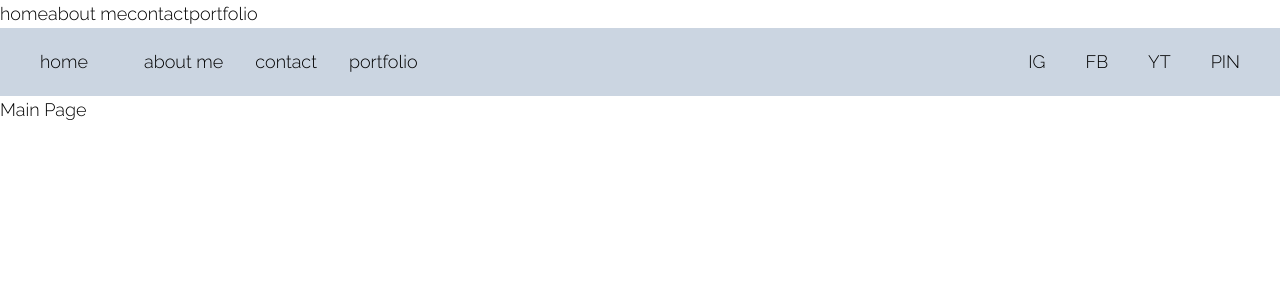
Repository: hubertrh/klaudia-personal-next
Page: /
These files come from the project's save history. The page is drawn as it stood at one moment and after the next save; the edit follows.
The browser window is 1280 px wide. The pictures show the whole page.
The project was rebuilt for these pictures with package versions that can differ from the ones it lists, and the page was loaded fresh each time. The framework's server and built-in components were replaced by stand-ins that run in the browser. Also part of the build but not shown: next.config.js.

Above is the page before, as saved 2023-08-11 13:42:20.

### app/layout.tsx
import './globals.css';
import type { Metadata } from 'next';
import { Inter } from 'next/font/google';
import Link from 'next/link';

const inter = Inter({ subsets: ['latin'] });

export const metadata: Metadata = {
  title: 'Klaudia Rogala-Haracz',
  description: 'Portrait and reportage photography. Based in London.',
};

export default function RootLayout({
  children,
}: {
  children: React.ReactNode;
}) {
  return (
    <html lang="en">
      <body className={inter.className}>
        <header>
          <nav>
            <Link href="#!">home</Link>
            <Link href="#!">about me</Link>
            <Link href="#!">contact</Link>
            <Link href="#!">portfolio</Link>
          </nav>
          <div></div>
        </header>
        {children}
      </body>
    </html>
  );
}

### app/(site)/layout.tsx
import '../globals.css';
import type { Metadata } from 'next';
import { Raleway } from 'next/font/google';
import Link from 'next/link';

const raleway = Raleway({ weight: '300', subsets: ['latin'] });

export const metadata: Metadata = {
  title: 'Klaudia Rogala-Haracz',
  description: 'Portrait and reportage photography. Based in London.',
};

export default function RootLayout({
  children,
}: {
  children: React.ReactNode;
}) {
  return (
    <html lang="en">
      <body className={`${raleway.className} text-lg`}>
        <header className="flex justify-between bg-slate-300 px-10 py-5">
          <nav>
            <Link className="nav-link !pr-14" href="#!">
              home
            </Link>
            <Link className="nav-link" href="#!">
              about me
            </Link>
            <Link className="nav-link" href="#!">
              contact
            </Link>
            <Link className="nav-link" href="/portfolio">
              portfolio
            </Link>
          </nav>
          <div>
            <Link
              className="social-icon"
              href="https://www.instagram.com/_klaudiarogala/"
            >
              IG
            </Link>
            <Link
              className="social-icon"
              href="https://www.facebook.com/klaudiarogalaphotographer/"
            >
              FB
            </Link>
            <Link
              className="social-icon"
              href="https://www.youtube.com/channel/UCyVfMWp16X_wYCG9213YOQw/"
            >
              YT
            </Link>
            <Link
              className="social-icon"
              href="https://www.pinterest.com/zuzannnnaa/"
            >
              PIN
            </Link>
            {/* <a class="lang-btn" href="/pl/index.html"><img src="/icons/flag-pl.svg" /></a> */}
          </div>
        </header>
        {children}
      </body>
    </html>
  );
}

### app/(site)/page.tsx
export default function Home() {
  return <div>Main Page</div>;
}

### app/globals.css
@tailwind base;
@tailwind components;
@tailwind utilities;

:root {
  --foreground-rgb: 0, 0, 0;
  --background-rgb: 255, 255, 255;
}

body {
  color: rgb(var(--foreground-rgb));
  background: rgb(var(--background-end-rgb));
}

.nav-link {
  @apply pr-8;
}

.social-icon {
  @apply pl-10;
}

Loaded but not shown: tailwind.config.js (common file)

After the next save:
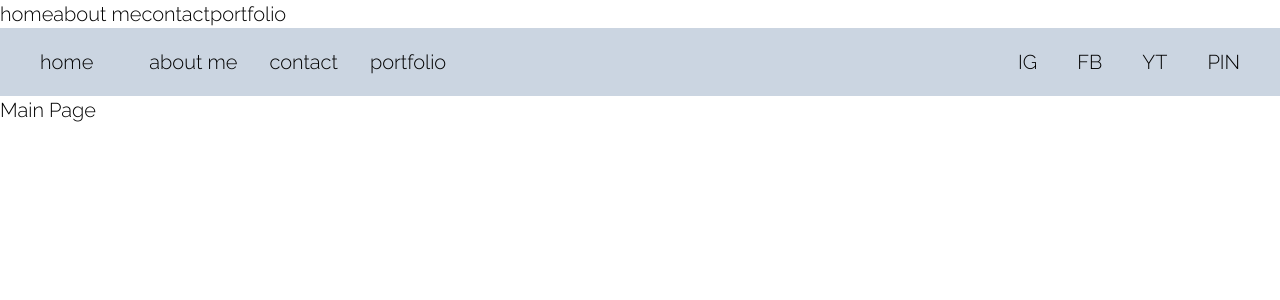
Saved 12 s later.
--- a/app/(site)/layout.tsx
+++ b/app/(site)/layout.tsx
@@ -17,7 +17,7 @@ export default function RootLayout({
 }) {
   return (
     <html lang="en">
-      <body className={`${raleway.className} text-lg`}>
+      <body className={`${raleway.className} text-xl`}>
         <header className="flex justify-between bg-slate-300 px-10 py-5">
           <nav>
             <Link className="nav-link !pr-14" href="#!">
